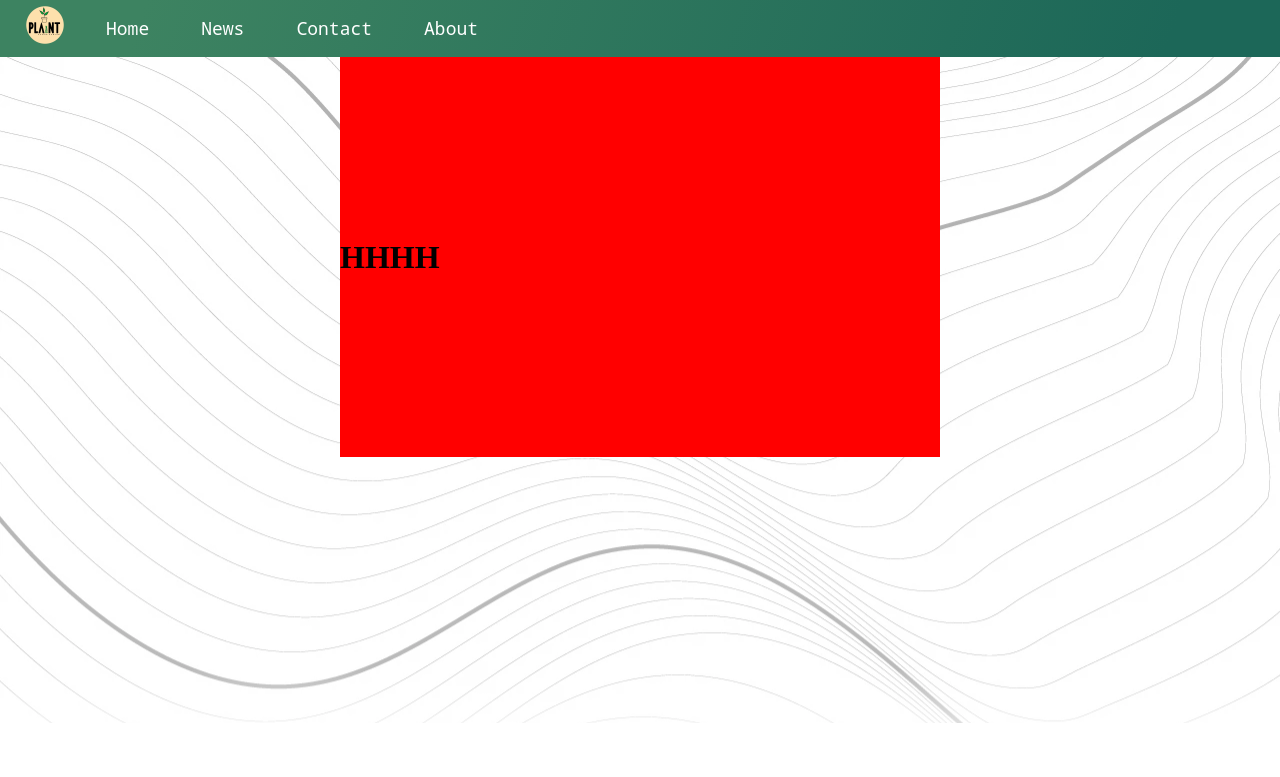
Repository: Flexo874/ISITECH-HTML-CSS
Page: about.html
The author's editor kept a copy of each file at every save. The page is drawn from the files as they stood at one save, then again after the next save.
The browser window is 1280 px wide. The pictures show the whole page.

Above is the page before, as saved 2024-01-04 16:42:11.

### about.html
<!DOCTYPE html>
<html lang="en">
    <head>

        <link rel="icon" href="/images/logo_render_v2.png">
        <title>Plantes & Co</title>
        <link rel="stylesheet" href="about.css">
    </head>
    <body>
        <ul>
            <li>  <img src="images/logo_render_v2.png" alt="Logo"></li>
            <li><a href="#home">Home</a></li>
            <li><a href="#news">News</a></li>
            <li><a href="/contact/contact.html">Contact</a></li>
            <li><a href="#about">About</a></li>
        </ul>

        <div class="plant-img">
            <div class="fade">

            </div>
            <div class="comment">
                <h1>HHHH</h1>
            </div>
        </div>





    </body>
</html>

### about.css
* {
    margin: 0;
    padding: 0;
    scroll-behavior: smooth;
  }
  ul {
    list-style-type: none;
    margin: 0;
    padding: 0;
    overflow: hidden;
    background-image: linear-gradient(
      109.6deg,
      rgba(61, 131, 97, 1) 11.2%,
      rgba(28, 103, 88, 1) 91.1%
    );
    display: flex;
    list-style: none;
    box-sizing: border-box;
    justify-content: left;
  }

  li img {
    width: 50px;
    height: auto;
    vertical-align: middle;
  }

  li {
    position: relative;
    margin-left: 20px;
  }

  li a {
    display: block;
    color: white;
    text-align: center;
    padding: 18px 16px;
    text-decoration: none;
    font-size: 18px;
    transition: 0.4s ease-in-out;
    position: center;
    font-family: "Noto Mono", monospace;
  }

  li a:hover {
    background-color: #00564B;
    border-radius: 5px;
    transform: scale(1.2);
  }


  .plant-img  {
    width: 100%;
    height: 52vw;
    object-fit: cover;
    overflow: hidden;
    background-image:url(images/lines.webp);
    justify-content: center;
    display: flex;
    vertical-align: middle;
  }

  .plant-img > .fade {
    position: absolute;
    width: 100%;
    height: 100%;
    display: flex;
    justify-content: center;
    background-image: linear-gradient(0deg, white 0%, rgba(0,0,0,0) 15%);
  }


  .plant-img > .comment{
    position: relative;
    align-items: center;
    width: 600px;
    background-color:red;
    height: 400px;
    display: flex;
    align-items:center
    margin-top
  }

  .comment p{
    text-align: center;
  }

After the next save:
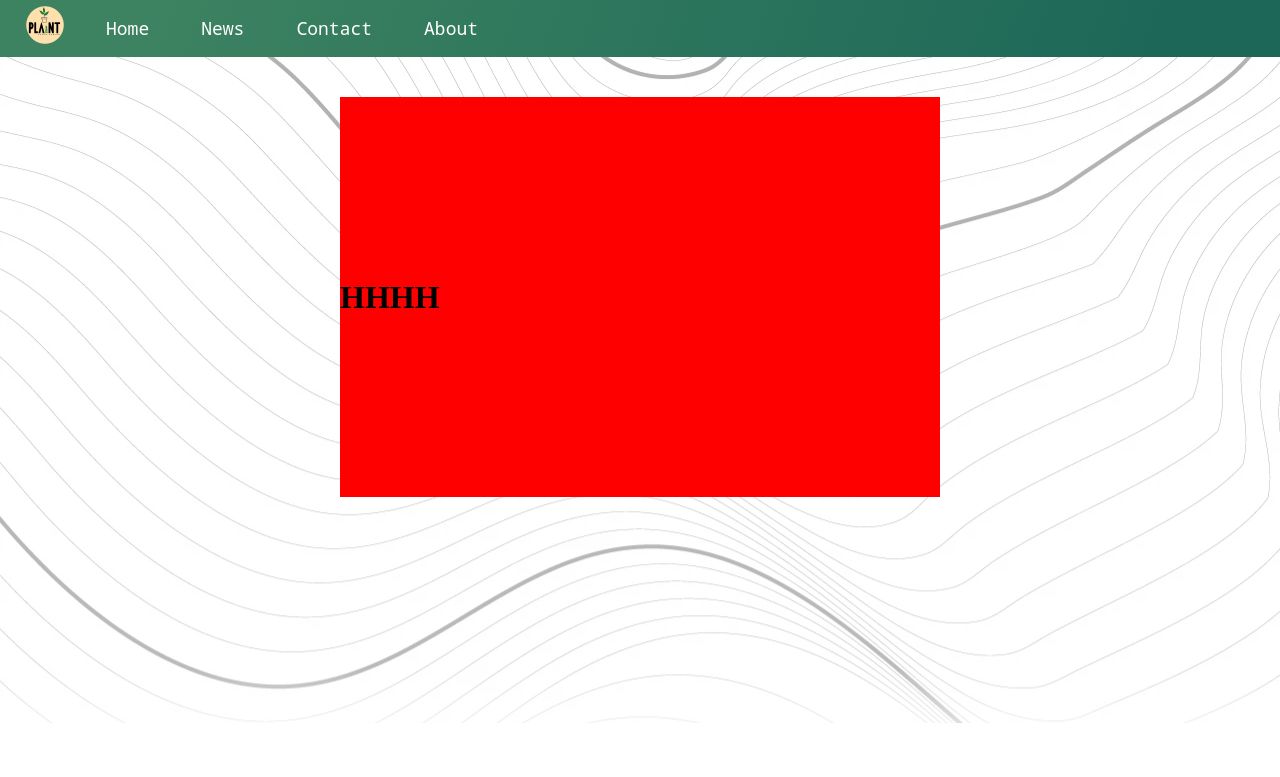
Saved 89 s later.
--- a/about.css
+++ b/about.css
@@ -77,8 +77,8 @@
     background-color:red;
     height: 400px;
     display: flex;
-    align-items:center
-    margin-top
+    align-items:center;
+    margin-top: 40px;
   }
 
   .comment p{
